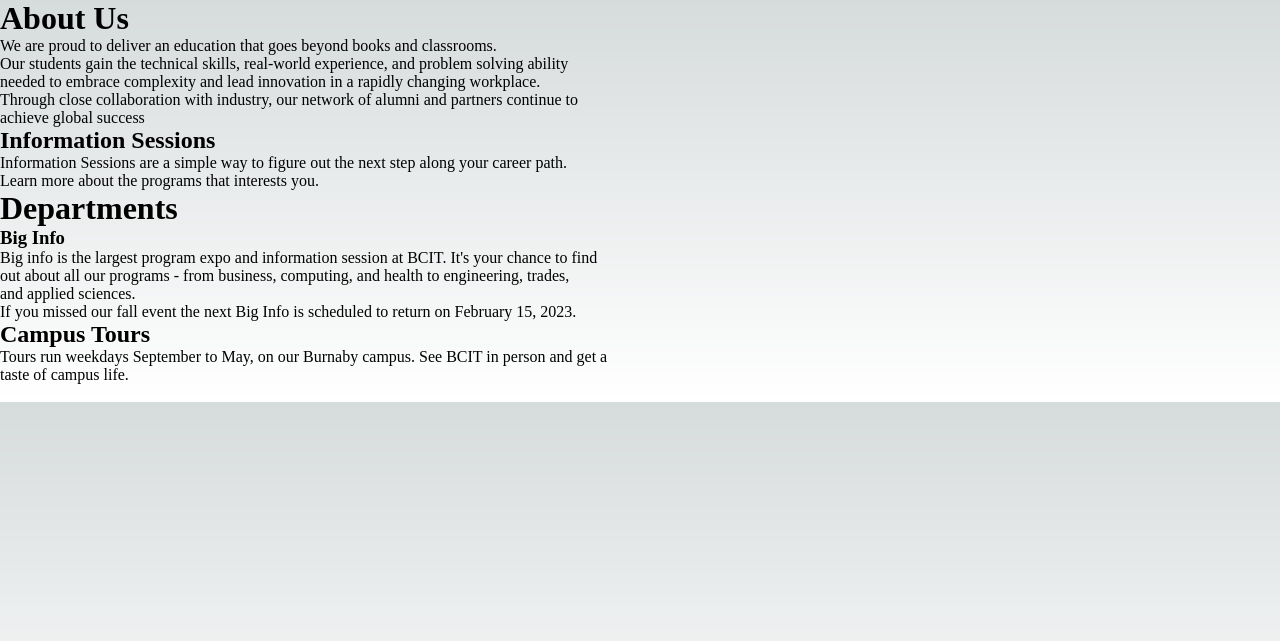
Repository: jennydmcm/assignment-1-playwright-site-A01338943
Page: /about
These files come from the project's save history. The page is drawn as it stood at one moment and after the next save; the edit follows.
The browser window is 1280 px wide. The pictures show the whole page.
The project was rebuilt for these pictures with package versions that can differ from the ones it lists, and the page was loaded fresh each time. The framework's server and built-in components were replaced by stand-ins that run in the browser. Also part of the build but not shown: next.config.js, styles/About.module.css.

Above is the page before, as saved 2023-02-08 12:35:18.

### pages/_app.js
import '../styles/globals.css'
import '../styles/variables.css'

function MyApp({ Component, pageProps }) {
  return <Component {...pageProps} />
}

export default MyApp

### pages/about.js
import Head from "next/head";
import Image from "next/image";
import { Inter } from "@next/font/google";
import styles from "@/styles/About.module.css";
const inter = Inter({ subsets: ["latin"] });

export default function Home() {
  return (
    <>
      <Head>
        <title>About Us</title>
        <meta name="description" content="Generated by create next app" />
        <meta name="viewport" content="width=device-width, initial-scale=1" />
        <meta name="author" content="MDIA 2109" />
        <meta property="og:title" content="Assignment #1 - About Us Page" />
        <meta
          property="og:description"
          content="BCIT Digital Design and Development Diploma"
        />
        <link rel="icon" href="/favicon.png" />
      </Head>
      <main className={styles.main}>
        <header>
          <div>
            <h1>About Us</h1>
            <p>
              We are proud to deliver an education that goes beyond books and
              classrooms.
            </p>
            <p>
              Our students gain the technical skills, real-world experience, and
              problem solving ability <br></br>
              needed to embrace complexity and lead innovation in a rapidly
              changing workplace.
            </p>
            <p>
              Through close collaboration with industry, our network of alumni
              and partners continue to <br></br>
              achieve global success
            </p>
          </div>
          <div>
            <h2>Information Sessions</h2>
            <p>
              Information Sessions are a simple way to figure out the next step
              along your career path. <br></br>
              Learn more about the programs that interests you.
            </p>
          </div>
          <h1>Departments</h1>
          <div>
            <h3>Big Info</h3>
            <p>
              Big info is the largest program expo and information session at
              BCIT. It's your chance to find<br></br>
              out about all our programs - from business, computing, and health
              to engineering, trades,<br></br>
              and applied sciences.
            </p>
            <p>
              If you missed our fall event the next Big Info is scheduled to
              return on February 15, 2023.
            </p>
          </div>
          <div>
            <h2>Campus Tours</h2>
            <p>
              Tours run weekdays September to May, on our Burnaby campus. See
              BCIT in person and get a<br></br>
              taste of campus life.
            </p>
          </div>
        </header>
      </main>

      <a>
        <span>
          <img href="/upwardArrow.png"></img>
          <img href="downwardArrow.png"></img>
        </span>
      </a>
    </>
  );
}

### styles/variables.css
:root{
    --primary-color: #fff;
    --secondary-color: #f4d6b9;
    --ternary-color: #14343d;
    --quaternary-color: #14343d;
    --quinary-color: rgba(16,46,53,0.5);

}

Loaded but not shown: pages/_document.js (common file); pages/api/hello.js (common file); styles/globals.css (common file)

After the next save:
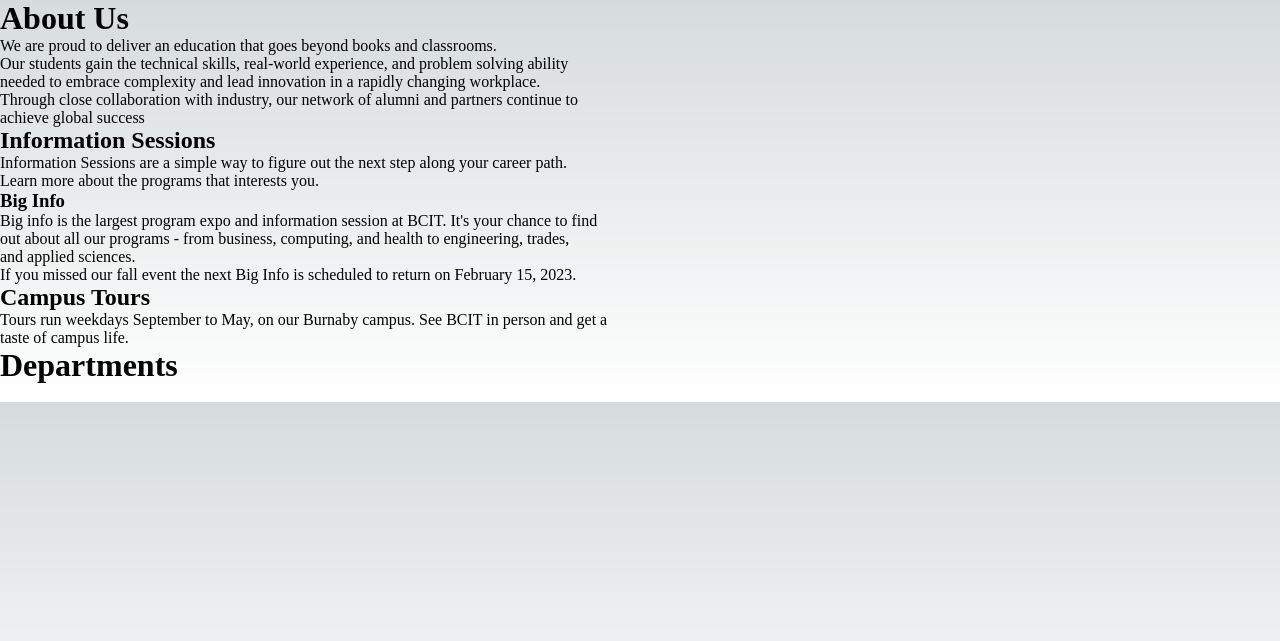
Saved 113 s later.
--- a/pages/about.js
+++ b/pages/about.js
@@ -46,9 +46,6 @@ export default function Home() {
               along your career path. <br></br>
               Learn more about the programs that interests you.
             </p>
-          </div>
-          <h1>Departments</h1>
-          <div>
             <h3>Big Info</h3>
             <p>
               Big info is the largest program expo and information session at
@@ -62,6 +59,7 @@ export default function Home() {
               return on February 15, 2023.
             </p>
           </div>
+
           <div>
             <h2>Campus Tours</h2>
             <p>
@@ -69,6 +67,10 @@ export default function Home() {
               BCIT in person and get a<br></br>
               taste of campus life.
             </p>
+          </div>
+          <div>
+            {" "}
+            <h1>Departments</h1>
           </div>
         </header>
       </main>
